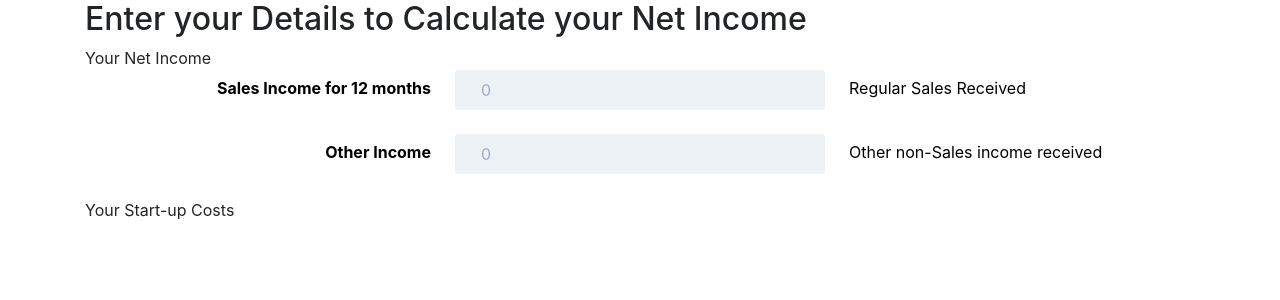
Repository: latenightsnacc/Financial-Forecast
Page: financial-forecast.html
The author's editor kept a copy of each file at every save. The page is drawn from the files as they stood at one save, then again after the next save.
The browser window is 1280 px wide. The pictures show the whole page.

Above is the page before, as saved 2020-11-15 11:43:46.

### financial-forecast.html
<!DOCTYPE html>
<html lang="en">
<head>
    <meta charset="UTF-8">
    <meta name="viewport" content="width=device-width, initial-scale=1.0">
    <!--Tailwind CDN-->
    <link rel="stylesheet" href="https://cdnjs.cloudflare.com/ajax/libs/tailwindcss/1.9.6/base.min.css" integrity="sha512-hEjkvMSM0ql6VJcNK0gTmjt9ar8F2yHeBUbJKtyvQhkkbGMhiJ4+MaiB8XxsthLAHJx5vy2I9dN0un8HiWG2LA==" crossorigin="anonymous" />
    <link rel="stylesheet" href="https://cdnjs.cloudflare.com/ajax/libs/tailwindcss/1.9.6/components.min.css" integrity="sha512-TizAONqhvXjEfRPhptSUkZNVU497PzAnXNGNUoeOjeni4dHpJ+ak+ZsyoGna20LH/yg1PvdufN1VbnVQeVDftg==" crossorigin="anonymous" />
    <link rel="stylesheet" href="https://cdnjs.cloudflare.com/ajax/libs/tailwindcss/1.9.6/tailwind.css" integrity="sha512-HY1FOTeAX9idUBWDhVDrBg8QUHBisKVQ4BCVj1jFo5z76mk87w4Rr5YGP8nBkcGmoMzqYvdeXHMOg/olF45z3g==" crossorigin="anonymous" />
    <link rel="stylesheet" href="https://cdnjs.cloudflare.com/ajax/libs/tailwindcss/1.9.6/utilities.min.css" integrity="sha512-0QJfuLKyYJWGB5hKArJW67xqMLDlR8YaLM/ZuW2mRn4NRwHNsGm7UuREc5Fu7jONHyewPKnGODY0N8G+FQbfxg==" crossorigin="anonymous" />
    <!--Bootstrap CDN-->
    <link rel="stylesheet" href="https://cdn.jsdelivr.net/npm/bootstrap@4.5.3/dist/css/bootstrap.min.css" integrity="sha384-TX8t27EcRE3e/ihU7zmQxVncDAy5uIKz4rEkgIXeMed4M0jlfIDPvg6uqKI2xXr2" crossorigin="anonymous">
    <title>Financial Forecast |Resaads Consults - Think Millenial</title>
</head>
<body>
    <div class="container">
        <!--Navigation-->
    </div>
    <div class="wrapper">
        <div class="container">
            <h2 class="title">Enter your Details to Calculate your Net Income</h2>
        </div>
        <div class="container">
            <!--FORM-->
            <form class="w-full max-w-none">
            <!--NET INCOME-->
                <div class="title">Your Net Income</div>
                <!--Sales Income-->
                <div class="md:flex md:items-center mb-6">
                  <div class="md:w-1/3">
                    <label class="block text-black font-bold md:text-right mb-1 md:mb-0 pr-4" for="inline-full-name" placeholder="0">
                      Sales Income for 12 months
                    </label>
                  </div>
                  <div class="md:w-1/3">
                    <input class="bg-gray-200 appearance-none border-2 border-gray-200 rounded w-full py-2 px-4 text-gray-700 leading-tight focus:outline-none focus:bg-white focus:border-grey-500" id="inline-full-name" type="text" placeholder="0">
                  </div>
                  <div class="md:w-1/3">
                    <label class="block text-black font-500 md:text-right mb-1 md:mb-0 pl-4 float-left" for="inline-full-name" >
                      Regular Sales Received
                    </label>
                  </div>
                </div>
                <!--Other Income-->
                <div class="md:flex md:items-center mb-6">
                    <div class="md:w-1/3">
                      <label class="block text-black font-bold md:text-right mb-1 md:mb-0 pr-4" for="inline-full-name" placeholder="0">
                        Other Income
                      </label>
                    </div>
                    <div class="md:w-1/3">
                      <input class="bg-gray-200 appearance-none border-2 border-gray-200 rounded w-full py-2 px-4 text-gray-700 leading-tight focus:outline-none focus:bg-white focus:border-grey-500" id="inline-full-name" type="text" placeholder="0">
                    </div>
                    <div class="md:w-1/3">
                      <label class="block text-black font-500 md:text-right mb-1 md:mb-0 pl-4 float-left" for="inline-full-name" >
                        Other non-Sales income received
                      </label>
                    </div>
                </div>
            <!--STARTUP COSTS-->
                <div class="title">Your Start-up Costs</div>
              </form>
        </div>
    </div>
    <!--Bootstrap Scripts-->
    <script src="https://code.jquery.com/jquery-3.5.1.slim.min.js" integrity="sha384-DfXdz2htPH0lsSSs5nCTpuj/zy4C+OGpamoFVy38MVBnE+IbbVYUew+OrCXaRkfj" crossorigin="anonymous"></script>
    <script src="https://cdn.jsdelivr.net/npm/popper.js@1.16.1/dist/umd/popper.min.js" integrity="sha384-9/reFTGAW83EW2RDu2S0VKaIzap3H66lZH81PoYlFhbGU+6BZp6G7niu735Sk7lN" crossorigin="anonymous"></script>
    <script src="https://cdn.jsdelivr.net/npm/bootstrap@4.5.3/dist/js/bootstrap.min.js" integrity="sha384-w1Q4orYjBQndcko6MimVbzY0tgp4pWB4lZ7lr30WKz0vr/aWKhXdBNmNb5D92v7s" crossorigin="anonymous"></script>
</body>
</html>

After the next save:
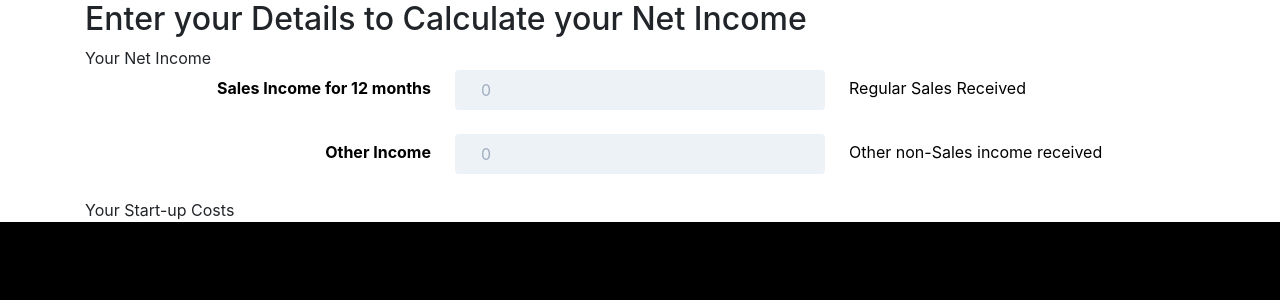
Saved 24 s later.
--- a/financial-forecast.html
+++ b/financial-forecast.html
@@ -12,11 +12,11 @@
     <link rel="stylesheet" href="https://cdn.jsdelivr.net/npm/bootstrap@4.5.3/dist/css/bootstrap.min.css" integrity="sha384-TX8t27EcRE3e/ihU7zmQxVncDAy5uIKz4rEkgIXeMed4M0jlfIDPvg6uqKI2xXr2" crossorigin="anonymous">
     <title>Financial Forecast |Resaads Consults - Think Millenial</title>
 </head>
-<body>
+<body class="bg-black">
     <div class="container">
         <!--Navigation-->
     </div>
-    <div class="wrapper">
+    <div class="wrapper bg-white">
         <div class="container">
             <h2 class="title">Enter your Details to Calculate your Net Income</h2>
         </div>
